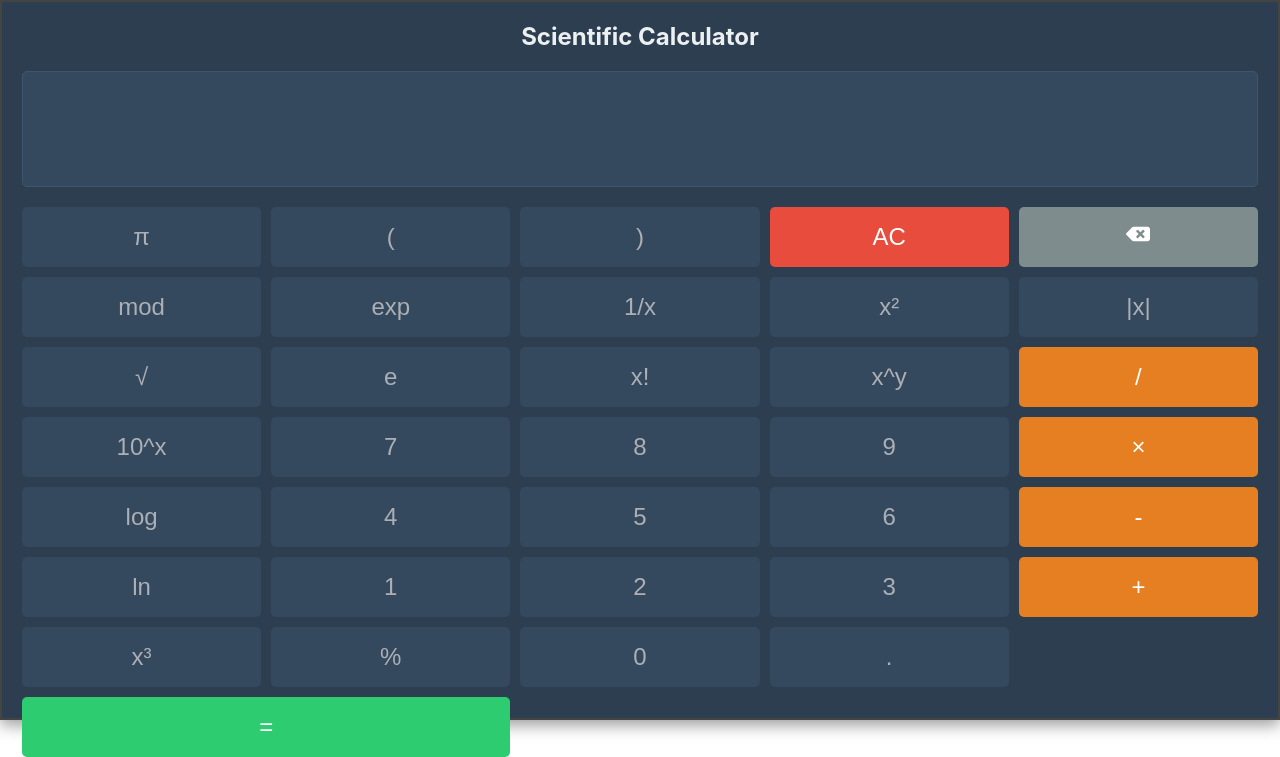
Repository: thesaherriaz/Calculator-React
Page: /
An editor plug-in stored every save of this project. The page is shown before and after the next save, followed by the edit.
The browser window is 1280 px wide. The pictures show the whole page.
The project was rebuilt for these pictures with package versions that can differ from the ones it lists, and the page was loaded fresh each time.

Above is the page before, as saved 2025-06-20 13:10:55.

### public/index.html
<!DOCTYPE html>
<html lang="en">
  <head>
    <meta charset="utf-8" />
    <link rel="icon" href="%PUBLIC_URL%/favicon.ico" />
    <meta name="viewport" content="width=device-width, initial-scale=1" />
    <meta name="theme-color" content="#000000" />
    <meta
      name="description"
      content="Web site created using create-react-app"
    />
    <link rel="apple-touch-icon" href="%PUBLIC_URL%/logo192.png" />
    <link rel="stylesheet" href="https://cdnjs.cloudflare.com/ajax/libs/font-awesome/6.0.0/css/all.min.css">
    <!--
      manifest.json provides metadata used when your web app is installed on a
      user's mobile device or desktop. See https://developers.google.com/web/fundamentals/web-app-manifest/
    -->
    <link rel="manifest" href="%PUBLIC_URL%/manifest.json" />
    <!--
      Notice the use of %PUBLIC_URL% in the tags above.
      It will be replaced with the URL of the `public` folder during the build.
      Only files inside the `public` folder can be referenced from the HTML.

      Unlike "/favicon.ico" or "favicon.ico", "%PUBLIC_URL%/favicon.ico" will
      work correctly both with client-side routing and a non-root public URL.
      Learn how to configure a non-root public URL by running `npm run build`.
    -->
    <title>Scientific Calculator</title>
  </head>
  <body>
    <noscript>You need to enable JavaScript to run this app.</noscript>
    <div id="root"></div>
    <!--
      This HTML file is a template.
      If you open it directly in the browser, you will see an empty page.

      You can add webfonts, meta tags, or analytics to this file.
      The build step will place the bundled scripts into the <body> tag.

      To begin the development, run `npm start` or `yarn start`.
      To create a production bundle, use `npm run build` or `yarn build`.
    -->
  </body>
</html>

### src/App.js
import React from 'react'
import Calculator from './compnents/Calculator'

function App() {
  return (
    <Calculator />
  )
}

export default App

### src/compnents/Calculator.jsx
import React, { useState, useEffect, useCallback } from 'react';
import './Calculator.css';
import { FaBackspace } from "react-icons/fa";

function Calculator() {
    const [input, setInput] = useState('');
    const [result, setResult] = useState('');

    const factorial = useCallback((n) => {
        if (n < 0) return NaN;
        if (n <= 1) return 1;
        return n * factorial(n - 1);
    }, []);

    const calculateResult = useCallback(() => {
        try {
            let expression = input
                .replace(/\^/g, '**')
                .replace(/mod/g, '%')
                .replace(/π/g, 'Math.PI')
                .replace(/e/g, 'Math.E');

            // Safer evaluation
            setResult(new Function('return ' + expression)().toString());
        } catch (error) {
            setResult('Error');
        }
    }, [input]);

    const handleClick = useCallback((value) => {
        if (value === 'AC') {
            setInput('');
            setResult('');
        } else if (value === 'DEL') {
            setInput(prev => prev.slice(0, -1));
        } else if (value === '=') {
            calculateResult();
        } else if (value === '√') {
            setInput(prev => `Math.sqrt(${prev})`);
        } else if (value === 'x²') {
            setInput(prev => `Math.pow(${prev},2)`);
        } else if (value === 'x³') {
            setInput(prev => `Math.pow(${prev},3)`);
        } else if (value === 'x^y') {
            setInput(prev => `${prev}^`);
        } else if (value === '1/x') {
            setInput(prev => `1/(${prev})`);
        } else if (value === 'log') {
            setInput(prev => `Math.log10(${prev})`);
        } else if (value === 'ln') {
            setInput(prev => `Math.log(${prev})`);
        } else if (value === 'π') {
            setInput(prev => prev + 'Math.PI');
        } else if (value === 'e') {
            setInput(prev => prev + 'Math.E');
        } else if (value === '10^x') {
            setInput(prev => `Math.pow(10,${prev})`);
        } else if (value === 'x!') {
            setInput(prev => `factorial(${prev})`);
        } else if (value === 'mod') {
            setInput(prev => `${prev}%`);
        } else if (value === 'exp') {
            setInput(prev => `Math.exp(${prev})`);
        } else if (value === '|x|') {
            setInput(prev => `Math.abs(${prev})`);
        } else if (value === '%') {
            setInput(prev => `(${prev})/100`);
        }else {
            setInput(prev => prev + value);
        }
    }, [calculateResult]);

    useEffect(() => {
        const handleKeyDown = (e) => {
            const key = e.key;
            if (/[0-9+\-*/.%πe=]/.test(key)) {
                handleClick(key);
            } else if (key === 'Enter') {
                handleClick('=');
            } else if (key === 'Backspace') {
                handleClick('DEL');
            } else if (key === 'Escape') {
                handleClick('AC');
            }
        };

        window.addEventListener('keydown', handleKeyDown);
        return () => window.removeEventListener('keydown', handleKeyDown);
    }, [handleClick]);

    return (
        <div className="calculator">
            <h1>Scientific Calculator</h1>
            <div className="display">
                <div className="input">{input}</div>
                <div className="result">{result}</div>
            </div>
            <div className="buttons">
                <button onClick={() => handleClick('π')}>π</button>
                <button onClick={() => handleClick('(')}>(</button>
                <button onClick={() => handleClick(')')}>)</button>
                <button onClick={() => handleClick('AC')} className="clear">AC</button>
                <button onClick={() => handleClick('DEL')} className="delete"><FaBackspace /></button>

                <button onClick={() => handleClick('mod')}>mod</button>
                <button onClick={() => handleClick('exp')}>exp</button>
                <button onClick={() => handleClick('1/x')}>1/x</button>
                <button onClick={() => handleClick('x²')}>x²</button>
                <button onClick={() => handleClick('Math.abs()')}>|x|</button>

                <button onClick={() => handleClick('√')}>√</button>
                <button onClick={() => handleClick('e')}>e</button>
                <button onClick={() => handleClick('x!')}>x!</button>
                <button onClick={() => handleClick('x^y')}>x^y</button>
                <button className="operator" onClick={() => handleClick('/')}>/</button>

                <button onClick={() => handleClick('10^x')}>10^x</button>
                <button onClick={() => handleClick('7')}>7</button>
                <button onClick={() => handleClick('8')}>8</button>
                <button onClick={() => handleClick('9')}>9</button>
                <button className="operator" onClick={() => handleClick('*')}>×</button>

                <button onClick={() => handleClick('log')}>log</button>
                <button onClick={() => handleClick('4')}>4</button>
                <button onClick={() => handleClick('5')}>5</button>
                <button onClick={() => handleClick('6')}>6</button>
                <button className="operator" onClick={() => handleClick('-')}>-</button>

                <button onClick={() => handleClick('ln')}>ln</button>

                <button onClick={() => handleClick('1')}>1</button>
                <button onClick={() => handleClick('2')}>2</button>
                <button onClick={() => handleClick('3')}>3</button>
                <button className="operator" onClick={() => handleClick('+')}>+</button>

                <button onClick={() => handleClick('x³')}>x³</button>
                <button onClick={() => handleClick('%')}>%</button>
                <button onClick={() => handleClick('0')}>0</button>
                <button onClick={() => handleClick('.')}>.</button>
                <button className="equals" onClick={() => handleClick('=')}>=</button>
            </div>
        </div>
    );
}

export default Calculator;

### src/compnents/Calculator.css
*{
    box-sizing: border-box;
    margin: 0;
    padding: 0;
}
.calculator {
    width: 100%;
    height: 100vh;
    /* margin: 30px auto 0px auto; */
    border: 2px solid #444;
    /* border-radius: 10px; */
    padding: 20px;
    background-color: #2c3e50;
    box-shadow: 0 5px 15px rgba(0, 0, 0, 0.4);
    color: white;
}

.calculator h1 {
    text-align: center;
    color: #ecf0f1;
    margin-bottom: 20px;
    font-size: 1.5em;
}

.display {
    background-color: #34495e;
    border: 1px solid #3d566e;
    border-radius: 5px;
    padding: 15px;
    margin-bottom: 20px;
    text-align: right;
    min-height: 70px;
}

.input {
    font-size: 1.5em;
    color: #bdc3c7;
    min-height: 1.3em;
    margin-bottom: 10px;
    word-wrap: break-word;
}

.result {
    font-size: 1.8em;
    font-weight: bold;
    color: #ecf0f1;
    min-height: 1.5em;
    word-wrap: break-word;
}

.buttons {
    display: grid;
    grid-template-columns: repeat(5, 1fr);
    grid-gap: 10px;
}

button {
    height: 60px;
    padding: 15px;
    font-size: 1.5em;
    border: none;
    border-radius: 5px;
    background-color: #34495e;
    color: #acafb5;
    cursor: pointer;
    transition: all 0.2s;
}

button:hover {
    background-color: #3d566e;
}

button:active {
    transform: scale(0.95);
}

.operator {
    background-color: #e67e22;
    color: white;
}

.operator:hover {
    background-color: #d35400;
}

.clear {
    background-color: #e74c3c;
    color: white;
}

.clear:hover {
    background-color: #c0392b;
}

.delete {
    background-color: #7f8c8d;
    color: white;
}

.delete:hover {
    background-color: #95a5a6;
}

.equals {
    background-color: #2ecc71;
    color: white;
    grid-column: span 2;
}

.equals:hover {
    background-color: #27ae60;
}

/* Scientific buttons
button:nth-child(1),
button:nth-child(2),
button:nth-child(3),
button:nth-child(4),
button:nth-child(5),
button:nth-child(6),
button:nth-child(11),
button:nth-child(12),
button:nth-child(13),
button:nth-child(14),
button:nth-child(19),
button:nth-child(20),
button:nth-child(21) {
    background-color: #3498db;
}

button:nth-child(1):hover,
button:nth-child(2):hover,
button:nth-child(3):hover,
button:nth-child(4):hover,
button:nth-child(5):hover,
button:nth-child(6):hover,
button:nth-child(11):hover,
button:nth-child(12):hover,
button:nth-child(13):hover,
button:nth-child(14):hover,
button:nth-child(19):hover,
button:nth-child(20):hover,
button:nth-child(21):hover {
    background-color: #2980b9;
} */

Loaded but not shown: src/index.js (common file); src/index.css (common file); src/reportWebVitals.js (common file)

After the next save:
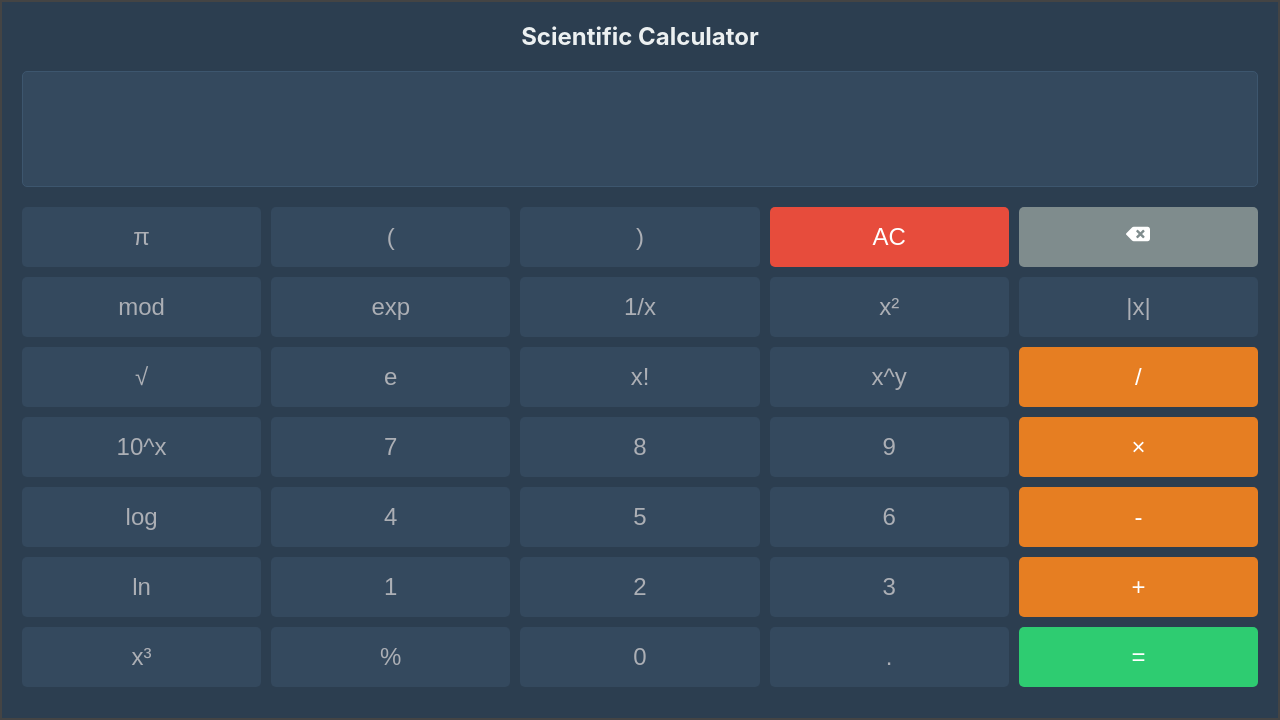
Saved 8 s later.
--- a/src/compnents/Calculator.css
+++ b/src/compnents/Calculator.css
@@ -104,7 +104,7 @@ button:active {
 .equals {
     background-color: #2ecc71;
     color: white;
-    grid-column: span 2;
+    /* grid-column: span 2; */
 }
 
 .equals:hover {
